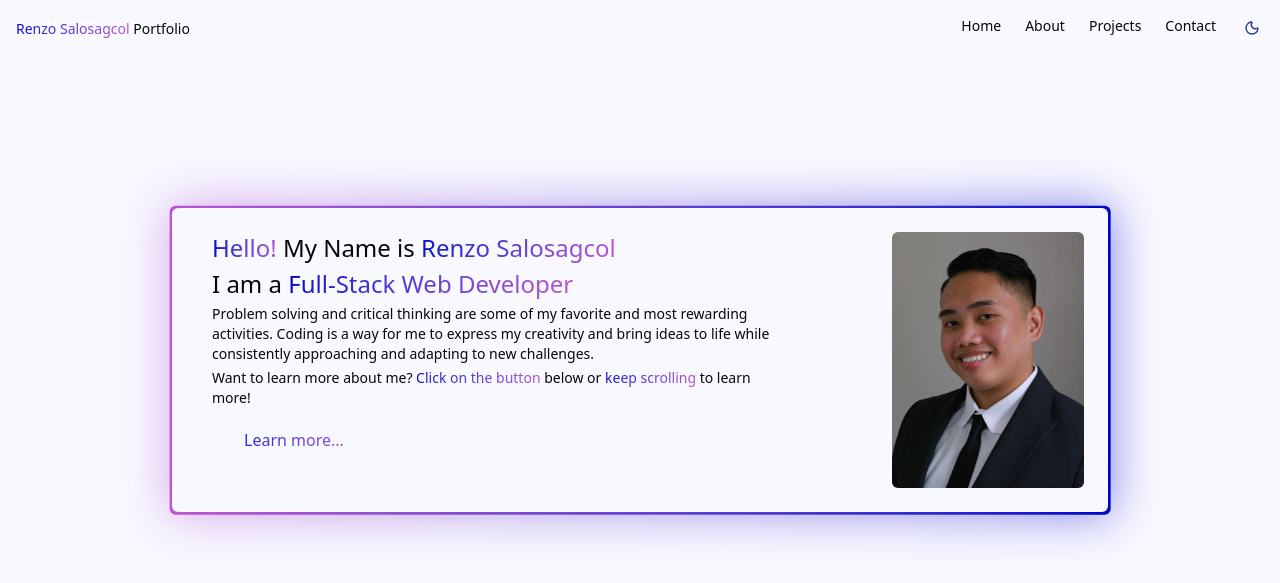
Repository: Renzo-Salosagcol/Updated_Personal_Portfolio
Page: /
An editor plug-in stored every save of this project. The page is shown before and after the next save, followed by the edit.
The browser window is 1280 px wide. The pictures show the whole page.
The project was rebuilt for these pictures with package versions that can differ from the ones it lists, and the page was loaded fresh each time. Also part of the build but not shown: vite.config.js, src/pages/NotFound.jsx.

Above is the page before, as saved 2025-10-09 20:32:20.

### index.html
<!doctype html>
<html lang="en">
  <head>
    <meta charset="UTF-8" />
    <link rel="icon" type="image/svg+xml" href="/vite.svg" />
    <meta name="viewport" content="width=device-width, initial-scale=1.0" />
    <title>updated-personal-portfolio</title>
  </head>
  <body>
    <div id="root"></div>
    <script type="module" src="/src/main.jsx"></script>
  </body>
</html>

### src/index.css
@import "tailwindcss";

@theme {
  --color-background: var(--background);
  --color-foreground: var(--foreground);

  --color-primary: var(--primary);
  --color-secondary: var(--secondary);

  --animate-fade-in: fade-in 1s ease-in forwards;
}

@layer base {
  /* Light Theme */
  :root {
    --background: #f8f8ff; /* Ghost White */
    --foreground: #080808; /* Vampire Black */

    --primary: #0000cd; /* Medium Blue */
    --secondary: #ba55d3; /* Medium Orchid */
  }

  /* Dark Theme */
  .dark {
    --background: #080808; /* Vampire Black */
    --foreground: #f8f8ff; /* Ghost White */

    --primary: #ff0800; /* Candy Apple Red */
    --secondary: #fefc22; /* Laser Lemon */
  }

  html {
    @apply scroll-smooth;
  }

  body {
    @apply bg-background text-foreground transition-colors duration-300;
  }
}

@property --gradient-angle {
  syntax: "<angle>";
  initial-value: 0deg;
  inherits: false;
}

@keyframes spin {
  from {
    --gradient-angle: 0deg;
  }
  to {
    --gradient-angle: 360deg;
  }
}

@keyframes fade-in {
  0% {
    opacity: 0;
    transform: translateY(20px);
  }
  100% {
    opacity: 1;
    transform: translateY(0);
  }
}

@utility container {
  margin-inline: auto;
  padding-inline: 1rem;
}

@utility after-gradient-border {
  @apply absolute h-[101.5%] w-[100.5%] top-1/2 left-1/2 -translate-x-1/2 -translate-y-1/2 rounded-md -z-10 bg-gradient-to-l from-primary to-secondary;
  content: '';
  /* animation: 3s spin linear infinite; */
}

@utility before-gradient-border {
  @apply after-gradient-border;
  filter: blur(1.5rem);
  opacity: 0.5;
}

@utility after-gradient-button {
  @apply absolute h-[110%] w-[110%] rounded-full bg-gradient-to-l from-primary to-secondary -z-1;
}

@utility gradient-text {
  @apply text-transparent bg-clip-text bg-gradient-to-r from-primary to-secondary transition-colors duration-300;
}

@utility gradient-button {
  @apply relative flex justify-center items-center rounded-full py-[1em] px-[2em] bg-background border-none gradient-text hover:cursor-pointer after:after-gradient-button;
}

@utility gradient-border {
  @apply after:after-gradient-border before:before-gradient-border
}

@utility glassmorphism {
  @apply bg-background/30 backdrop-blur-lg
}

### src/App.jsx
import { BrowserRouter, Routes, Route } from "react-router-dom"
import { Home } from "./pages/Home"
import { NotFound } from "./pages/NotFound"

function App() {
  return (
    <BrowserRouter>
      <Routes>
        <Route path="/" element={<Home />} />
        <Route path="*" element={<NotFound />} />
      </Routes>
    </BrowserRouter>
  )
}

export default App

### src/pages/Home.jsx
import { Background } from "../components/Background"
import { Navbar } from "../components/Navbar"
import { Hero } from "../components/Hero"

export const Home = () => {
  return (
    <div id="home" className="w-full h-screen">
      {/* Background */}
      <Background />


      {/* Navbar */}
      <Navbar />

      {/* Main */}
      <Hero />

      {/* Footer */}
    </div>
  )
}

### src/components/Background.jsx


export const Background = () => {
  return (
    <div className="fixed inset-0 overflow-hidden pointer-events-none -z-40 bg-background w-screen h-screen">
    </div>
  )
}

### src/components/Navbar.jsx
import { ThemeToggle } from './ThemeToggle'

const items = [
  { name: 'Home', href: '#home' },
  { name: 'About', href: '#about' },
  { name: 'Projects', href: '#projects' },
  { name: 'Contact', href: '#contact' },
]

export const Navbar = () => {
  return (
    <nav className="fixed top-0 left-0 w-full p-2 flex items-center justify-between glassmorphism z-40 text-sm md:text-md text-foreground">
      <a href="#home" className="p-2"><span className="gradient-text">Renzo Salosagcol</span> Portfolio</a>
      <ul className="flex gap-6 p-2">
        {items.map(item => (
          <li key={item.name}
            className="hover:gradient-text transition-all duration-300 relative">
            <a href={item.href}>{item.name}</a>
          </li>
        ))}
        <li><ThemeToggle /></li>
      </ul>
    </nav>
  )
}

### src/components/Hero.jsx


export const Hero = () => {
  return (
    <main className="relative min-h-screen flex items-center justify-center max-w-10/12 rounded-md container z-0">
      <div className="z-0 relative gradient-border opacity-0 animate-fade-in">
        <div className="w-full h-full relative container flex justify-between gap-6 rounded-md p-6 bg-background">
          <div className="container flex flex-col gap-1">
            <h1 className="text-lg md:text-xl lg:text-2xl">
              <span className="gradient-text">Hello! </span>
              My Name is
              <span className="gradient-text"> Renzo Salosagcol</span>
            </h1>
            <h1 className="text-lg md:text-xl lg:text-2xl">I am a <span className="gradient-text">Full-Stack Web Developer</span></h1>
            <h3 className="w-md md:w-lg lg:w-xl text-sm">Problem solving and critical thinking are some of my favorite and most rewarding activities. Coding is a way for me to express my creativity and bring ideas to life while consistently approaching and adapting to new challenges.</h3>
            <h3 className="w-md md:w-lg lg:w-xl text-sm">Want to learn more about me?
              <span className="gradient-text"> Click on the button</span> below or
              <span className="gradient-text"> keep scrolling</span> to learn more!
            </h3>
            <a
              href="#about"
            >
              <button className="gradient-button">
              Learn more...
            </button>
            </a>
          </div>
          <div>
            <img
            src="../../headshot.jpeg"
            alt="Headshot Photo"
            className="rounded-md w-64 h-64 object-cover"
            />
          </div>
      </div>
      </div>
    </main>
  )
}

### src/components/ThemeToggle.jsx
import { useState, useEffect } from "react"
import { Sun, Moon } from "lucide-react"

export const ThemeToggle = () => {
  const [isDark, setIsDark] = useState(false)

  useEffect(() => {
    const theme = localStorage.getItem("theme")
    if (theme) {
      setIsDark(theme === "dark")
      document.documentElement.classList.toggle("dark", theme === "dark")
    }
  }, [])

  const toggleTheme = () => {
    setIsDark(!isDark)
    document.documentElement.classList.toggle("dark", !isDark)
    localStorage.setItem("theme", !isDark ? "dark" : "light")
  }

  return (
    <button
      onClick={toggleTheme}
      className="max-sm:hidden p-1 z-50 rounded-full transition-color duration-300 focus:outline-hidden hover:cursor-pointer"
    >
      {isDark ? (
        <Sun className="h-4 w-4 text-yellow-300" />
      ) : (
        <Moon className="h-4 w-4 text-blue-900" />
      )}
    </button>

  )
}

Loaded but not shown: src/main.jsx (common file)

After the next save:
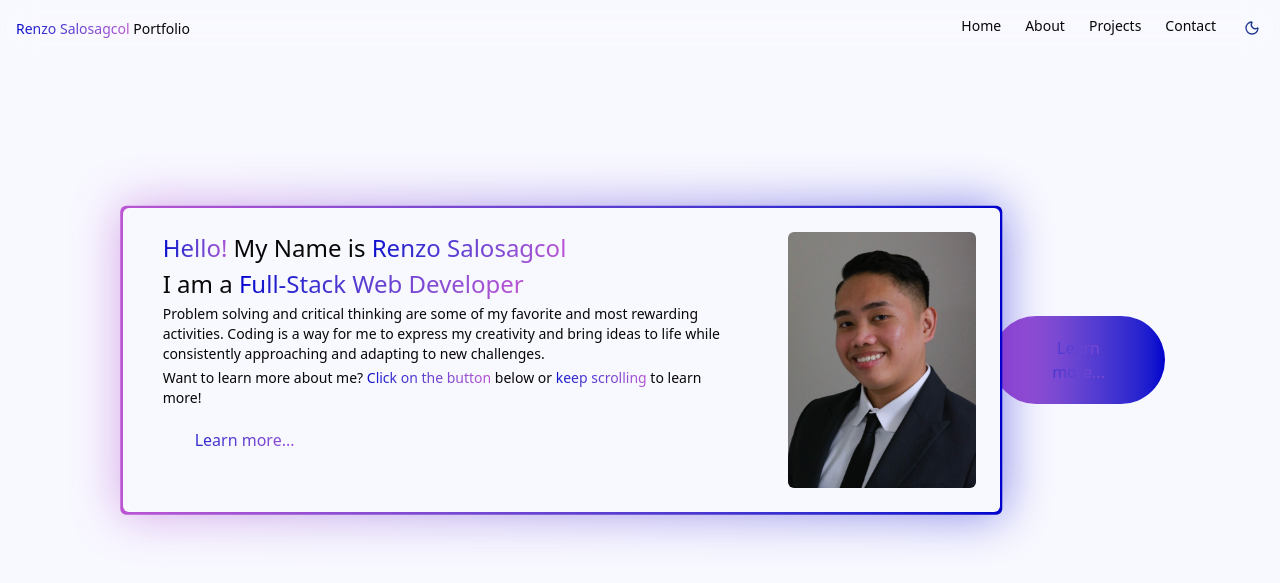
Saved 28 s later.
--- a/src/components/Hero.jsx
+++ b/src/components/Hero.jsx
@@ -34,6 +34,10 @@
           </div>
       </div>
       </div>
+
+      <button className="gradient-button">
+        Learn more...
+      </button>
     </main>
   )
 }

After the save that followed:
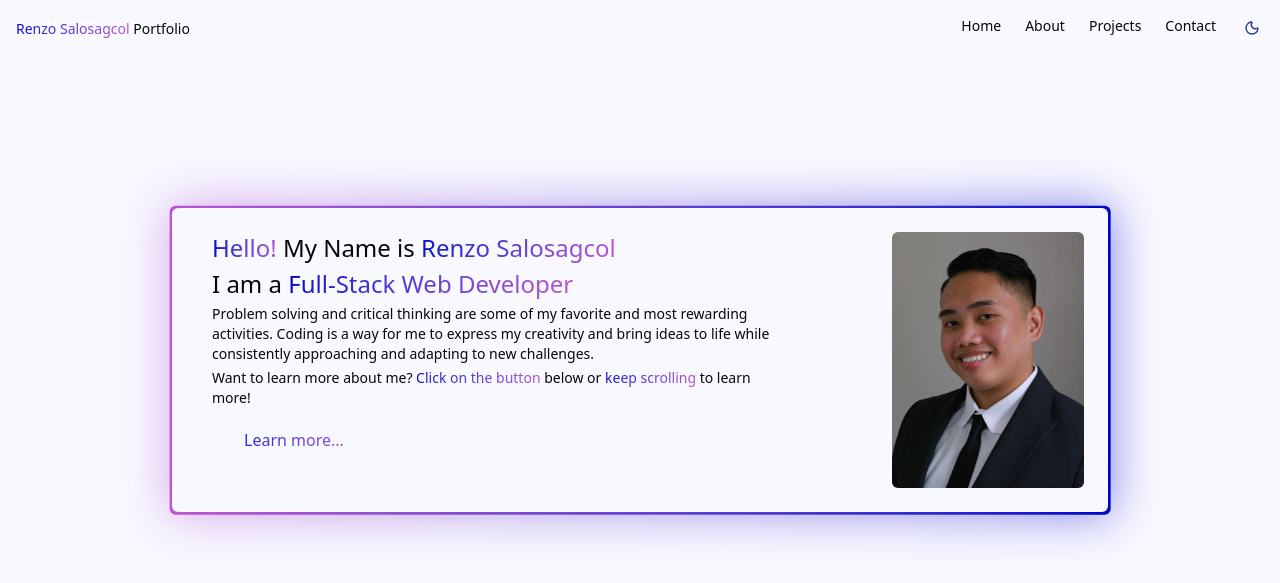
Saved 11 s later.
--- a/src/components/Hero.jsx
+++ b/src/components/Hero.jsx
@@ -34,10 +34,6 @@
           </div>
       </div>
       </div>
-
-      <button className="gradient-button">
-        Learn more...
-      </button>
     </main>
   )
 }
